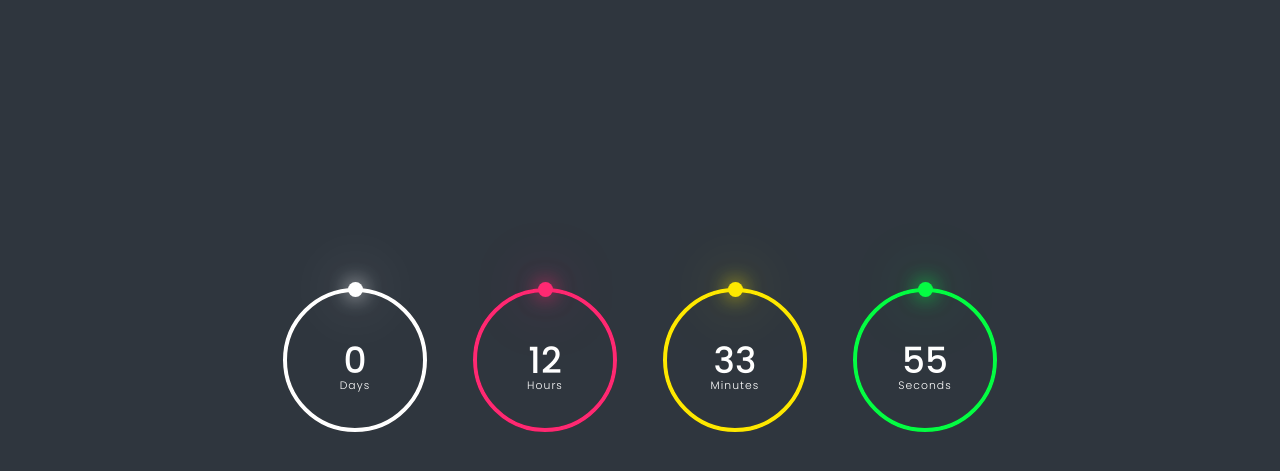
Repository: northpx/happyNY
Page: index.html
The author's editor kept a copy of each file at every save. The page is drawn from the files as they stood at one save, then again after a run of saves.
The browser window is 1280 px wide. The pictures show the whole page.

Above is the page before, as saved 2022-12-31 11:36:49.

### index.html
<!DOCTYPE html>
<html lang="en">
<head>
    <meta charset="UTF-8">
    <meta http-equiv="X-UA-Compatible" content="IE=edge">
    <meta name="viewport" content="width=device-width, initial-scale=1.0">
    <link rel="stylesheet" href="style.css">
    <title>Hour</title>
</head>
<body>
    <h1 class="newYear">2023<br><span>HAPPY NEW YEAR</span></h1>
    <div id="time">
        <div class="circle" style="--clr:#ffffff;">
            <div class="dots day_dot"></div>
            <svg>
                <circle cx="70" cy="70" r="70"></circle>
                <circle cx="70" cy="70" r="70" id="dd"></circle>
            </svg>
            <div id="days">00<br><span>DAYS</span></div>
        </div>
        <div class="circle" style="--clr:#ff2972;">
            <div class="dots hr_dot"></div>
            <svg>
                <circle cx="70" cy="70" r="70"></circle>
                <circle cx="70" cy="70" r="70" id="hh"></circle>
            </svg>
            <div id="hours">00<br><span>HOURS</span></div>
        </div>
        <div class="circle" style="--clr:#fee800;">
            <div class="dots min_dot"></div>
            <svg>
                <circle cx="70" cy="70" r="70"></circle>
                <circle cx="70" cy="70" r="70" id="mm"></circle>
            </svg>
            <div id="minutes">00<br><span>MINUTES</span></div>
        </div>
        <div class="circle" style="--clr:#04fc43;">
            <div class="dots sec_dot"></div>
            <svg>
                <circle cx="70" cy="70" r="70"></circle>
                <circle cx="70" cy="70" r="70" id="ss"></circle>
            </svg>
            <div id="seconds">00<br><span>SECONDS</span></div>
        </div>
    </div>

    <script>
        let days = document.getElementById("days")
        let hours = document.getElementById("hours")
        let minutes = document.getElementById("minutes")
        let seconds = document.getElementById("seconds")

        let dd = document.getElementById("dd")
        let hh = document.getElementById("hh")
        let mm = document.getElementById("mm")
        let ss = document.getElementById("ss")

        let day_dot = document.querySelector(".day_dot")
        let hr_dot = document.querySelector(".hr_dot")
        let min_dot = document.querySelector(".min_dot")
        let sec_dot = document.querySelector(".sec_dot")

        let endDate = '01/01/2023 00:00:00'

        let x = setInterval(function(){
            let now = new Date(endDate).getTime();
            let countDown = new Date().getTime();
            let distance = now - countDown;

            let d = Math.floor(distance / (1000 * 60 * 60 *24))
            let h = Math.floor((distance % (1000 * 60 * 60 * 24)) / (1000 * 60 * 60))
            let m = Math.floor((distance % (1000 * 60 * 60)) / (1000 * 60))
            let s = Math.floor((distance % (1000 * 60)) / (1000))

            days.innerHTML = d + "<br><span>Days</span>"
            hours.innerHTML = h + "<br><span>Hours</span>"
            minutes.innerHTML = m + "<br><span>Minutes</span>"
            seconds.innerHTML = s + "<br><span>Seconds</span>"

            dd.style
        })
    </script>
</body>
</html>

### style.css
@import url('https://fonts.googleapis.com/css2?family=Poppins:ital,wght@0,100;0,200;0,300;0,400;0,500;0,600;0,700;0,800;0,900;1,100;1,300;1,400;1,500;1,600;1,700;1,800;1,900&display=swap');

*{
    margin: 0;
    padding: 0;
    box-sizing: border-box;
    font-family: 'Poppins', sans-serif;
}

body{
    display: flex;
    justify-content: center;
    align-items: center;
    min-height: 100vh;
    background: #2f363e;
}

#time{
    display: flex;
    gap: 40px;
    color: #fff;
}

#time .circle{
    position: relative;
    width: 150px;
    height: 150px;
    display: flex;
    justify-content: center;
    align-items: center;
}

#time .circle svg{
    position: relative;
    width: 150px;
    height: 150px;
    transform: rotate(270deg);
}

#time .circle svg circle{
    width: 100%;
    height: 100%;
    fill: transparent;
    stroke: #191919;
    stroke-width: 4;
    transform: translate(5px,5px);
}

#time .circle svg circle:nth-child(2){
    stroke: var(--clr);
    stroke-dasharray: 440;
}

#time div{
    position: absolute;
    text-align: center;
    font-weight: 500;
    font-size: 1.5em;
}


#time div span{
    position: absolute;
    transform: translateX(-50%) translateY(-10px);
    font-size: 0.30em;
    font-weight: 300;
    letter-spacing: 0.1em;
    /* text-transform: uppercase; */
}

.dots{
    position: absolute;
    width: 100%;
    height: 100%;
    z-index: 10;
    display: flex;
    justify-content: center;
}

.dots::before{
    content: "";
    position: absolute;
    top: -3px;
    width: 15px;
    height: 15px;
    background: var(--clr);
    border-radius: 50%;
    box-shadow: 0 0 20px var(--clr),
    0 0 60px var(--clr);
}

.newYear {
    font-size: 8em;
    font-weight: 500;
    color: #fff;
    text-align: center;
    line-height: 0.6em;
    display: none;
}

.newYear span{
    font-size: 0.5em;
    font-weight: 300;
}

After the next 2 saves:
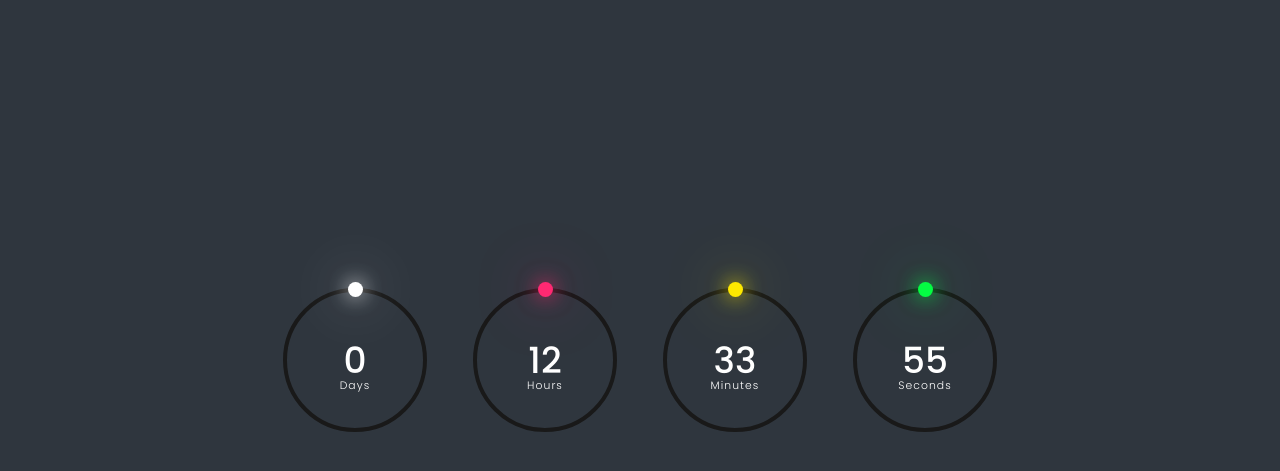
The 2 saves are shown as one change because they came seconds apart.
The last was saved 22 s later.
--- a/style.css
+++ b/style.css
@@ -49,6 +49,7 @@ body{
 #time .circle svg circle:nth-child(2){
     stroke: var(--clr);
     stroke-dasharray: 440;
+    stroke-dashoffset: 440;
 }
 
 #time div{
